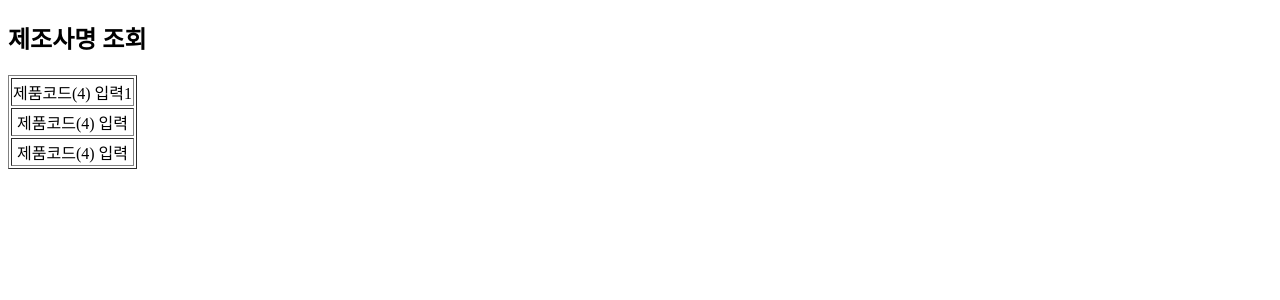
Repository: yyb03054/initProject
Page: http://localhost/examination/
The author's editor kept a copy of each file at every save. The page is drawn from the files as they stood at one save, then again after the next save.
The browser window is 1280 px wide. The pictures show the whole page.
The page is served by Tomcat 9. Other server files are loaded and not shown.

Above is the page before, as saved 2022-02-10 02:41:01.

### examination/WebContent/index.jsp
<%@ page language="java" contentType="text/html; charset=UTF-8"
    pageEncoding="UTF-8"%>
<!DOCTYPE html PUBLIC "-//W3C//DTD HTML 4.01 Transitional//EN" "http://www.w3.org/TR/html4/loose.dtd">
<html>
<head>
<meta http-equiv="Content-Type" content="text/html; charset=UTF-8">
<title>Insert title here</title>
</head>
<body>
				<h2>제조사명 조회</h2>
	   <table border="1">
	   				<tr>
	   								<td colspan="2" align="center">
	   												제품코드(4) 입력1
	   								</td>
	   				</tr>
	   				<tr>
	   								<td align="center">
	   												제품코드(4) 입력
	   								</td>
	   				</tr>
	   				<tr>
	   								<td align="center">
	   												제품코드(4) 입력
	   								</td>
	   				</tr>
	   </table>
</body>
</html>

After the next save:
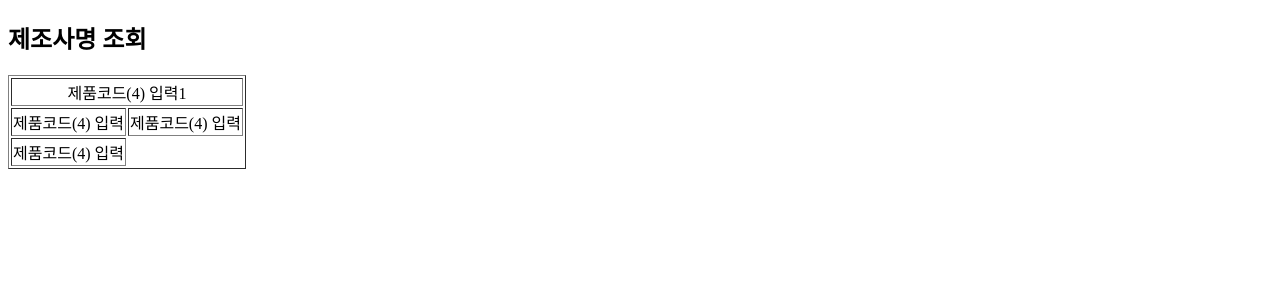
Saved 7 s later.
--- a/examination/WebContent/index.jsp
+++ b/examination/WebContent/index.jsp
@@ -18,6 +18,9 @@
 	   								<td align="center">
 	   												제품코드(4) 입력
 	   								</td>
+	   								<td align="center">
+	   												제품코드(4) 입력
+	   								</td>
 	   				</tr>
 	   				<tr>
 	   								<td align="center">
